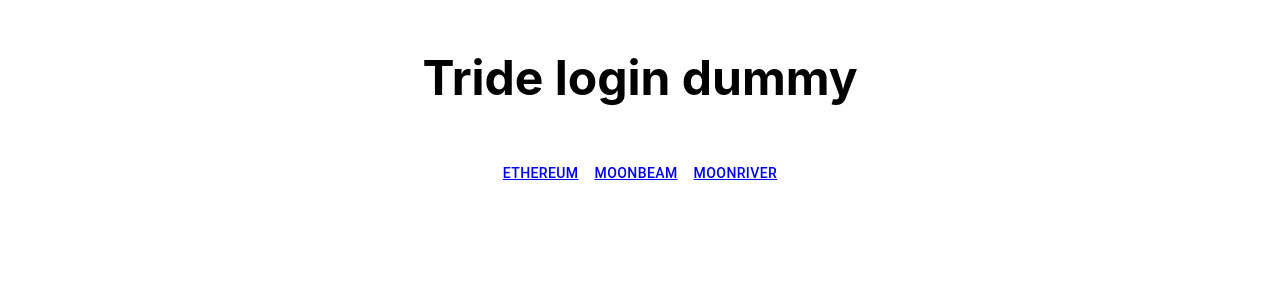
Repository: thematthewko114/web3auth-test
Page: /
An editor plug-in stored every save of this project. The page is shown before and after the next save, followed by the edit.
The browser window is 1280 px wide. The pictures show the whole page.
The project was rebuilt for these pictures with package versions that can differ from the ones it lists, and the page was loaded fresh each time. Also part of the build but not shown: src/web3RPC.ts, src/moonriverLogin.tsx, src/user.tsx.

Above is the page before, as saved 2022-08-12 14:00:23.

### public/index.html
<!DOCTYPE html>
<html lang="en">
  <head>
    <meta charset="utf-8" />
    <link rel="icon" href="%PUBLIC_URL%/favicon.ico" />
    <meta name="viewport" content="width=device-width, initial-scale=1" />
    <meta name="theme-color" content="#000000" />
    <meta
      name="description"
      content="Web site created using create-react-app"
    />
    <link rel="apple-touch-icon" href="%PUBLIC_URL%/logo192.png" />
    <!--
      manifest.json provides metadata used when your web app is installed on a
      user's mobile device or desktop. See https://developers.google.com/web/fundamentals/web-app-manifest/
    -->
    <link rel="manifest" href="%PUBLIC_URL%/manifest.json" />
    <!--
      Notice the use of %PUBLIC_URL% in the tags above.
      It will be replaced with the URL of the `public` folder during the build.
      Only files inside the `public` folder can be referenced from the HTML.

      Unlike "/favicon.ico" or "favicon.ico", "%PUBLIC_URL%/favicon.ico" will
      work correctly both with client-side routing and a non-root public URL.
      Learn how to configure a non-root public URL by running `npm run build`.
    -->
    <title>Tride login demo</title>
  </head>
  <body>
    <noscript>You need to enable JavaScript to run this app.</noscript>
    <div id="root"></div>
    <!--
      This HTML file is a template.
      If you open it directly in the browser, you will see an empty page.

      You can add webfonts, meta tags, or analytics to this file.
      The build step will place the bundled scripts into the <body> tag.

      To begin the development, run `npm start` or `yarn start`.
      To create a production bundle, use `npm run build` or `yarn build`.
    -->
  </body>
</html>

### src/index.tsx
import React from 'react';
import ReactDOM from 'react-dom/client';
import './index.css';
import App from './App';
import reportWebVitals from './reportWebVitals';
import { BrowserRouter, Routes, Route} from "react-router-dom";
import ETHLogin from './ethLogin';
import MoonbeamLogin from './moonbeamLogin';
import MoonriverLogin from './moonriverLogin';
import UserPage from './user';


const root = ReactDOM.createRoot(
  document.getElementById('root') as HTMLElement
);
root.render(
  <BrowserRouter>
    <Routes>
      <Route path="/" element={<App />} />
      <Route path="/login/moonriver" element={<MoonriverLogin />} />
      <Route path="/user" element={<UserPage />} />
    </Routes>
  </BrowserRouter>
);

// If you want to start measuring performance in your app, pass a function
// to log results (for example: reportWebVitals(console.log))
// or send to an analytics endpoint. Learn more: https://bit.ly/CRA-vitals
reportWebVitals();

### src/index.css
body {
  margin: 0;
  font-family: -apple-system, BlinkMacSystemFont, 'Segoe UI', 'Roboto', 'Oxygen',
    'Ubuntu', 'Cantarell', 'Fira Sans', 'Droid Sans', 'Helvetica Neue',
    sans-serif;
  -webkit-font-smoothing: antialiased;
  -moz-osx-font-smoothing: grayscale;
  text-align: center;
}

code {
  font-family: source-code-pro, Menlo, Monaco, Consolas, 'Courier New',
    monospace;
}

button{
  border-radius: 4px;
  border: 1px solid black
}

### src/App.tsx
import { useEffect, useState } from "react";
import { Web3Auth } from "@web3auth/web3auth";
import { CHAIN_NAMESPACES, SafeEventEmitterProvider } from "@web3auth/base";
import RPC from "./web3RPC";
import "./App.css";
import { Button } from "@mui/material";
import { Link } from "react-router-dom";

function App() {


  return (
    <>
      <div className="container">
        <h1 className="title">
          Tride login dummy
        </h1>
        <Button><Link to="/login/ethereum">Ethereum</Link></Button>
        <Button><Link to="/login/moonbeam">Moonbeam</Link></Button>
        <Button><Link to="/login/moonriver">Moonriver</Link></Button>
      </div>
    </>
  );
}

export default App;

### src/App.css
.container {
  width: 60%;
  margin: auto;
  padding: 0 2rem;
}

.main {
  min-height: 100vh;
  padding: 4rem 0;
  flex: 1;
  display: flex;
  flex-direction: column;
  justify-content: center;
  align-items: center;
}

.title {
  line-height: 1.15;
  font-size: 3rem;
  text-align: center;
  margin: 50px;
}

.title a {
  color: #0070f3;
  text-decoration: none;
}

.grid {
  display: flex;
  align-items: center;
  flex-direction: column;
}

.card {
  margin: 0.5rem;
  padding: 0.7rem;
  text-align: center;
  color: #0070f3;
  background-color: #fafafa;
  text-decoration: none;
  border: 1px solid #0070f3;
  border-radius: 10px;
  transition: color 0.15s ease, border-color 0.15s ease;
}

.card:hover,
.card:focus,
.card:active {
  cursor: pointer;
  background-color: #f1f1f1;
}

.footer {
  display: flex;
  flex: 1;
  padding: 2rem 0;
  border-top: 1px solid #eaeaea;
  justify-content: center;
  align-items: center;
  margin-top: 10rem;
}

.footer a {
  display: flex;
  justify-content: center;
  align-items: center;
  flex-grow: 1;
}

.logo {
  height: 1.5rem;
  margin-left: 0.5rem;
}

@media (max-width: 1200px) {
  .container {
    width: 100%;
  }
}

Loaded but not shown: src/reportWebVitals.ts (common file)

After the next save:
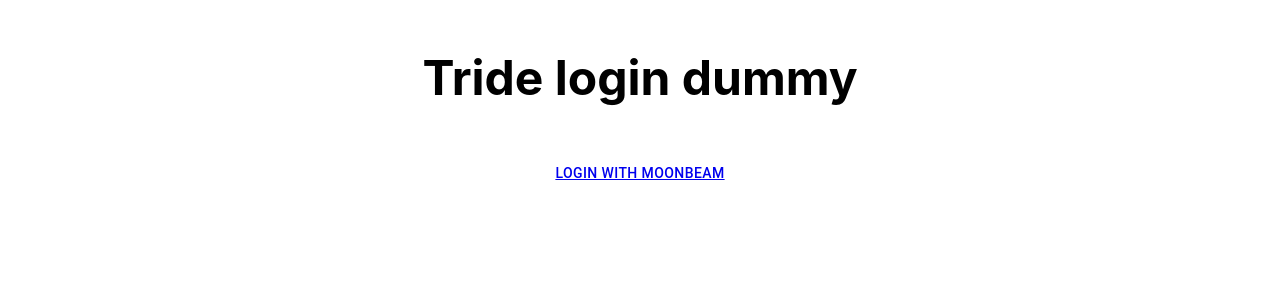
Saved 27 s later.
--- a/src/App.tsx
+++ b/src/App.tsx
@@ -15,9 +15,7 @@
         <h1 className="title">
           Tride login dummy
         </h1>
-        <Button><Link to="/login/ethereum">Ethereum</Link></Button>
-        <Button><Link to="/login/moonbeam">Moonbeam</Link></Button>
-        <Button><Link to="/login/moonriver">Moonriver</Link></Button>
+        <Button><Link to="/login/moonbeam">Login with Moonbeam</Link></Button>
       </div>
     </>
   );
